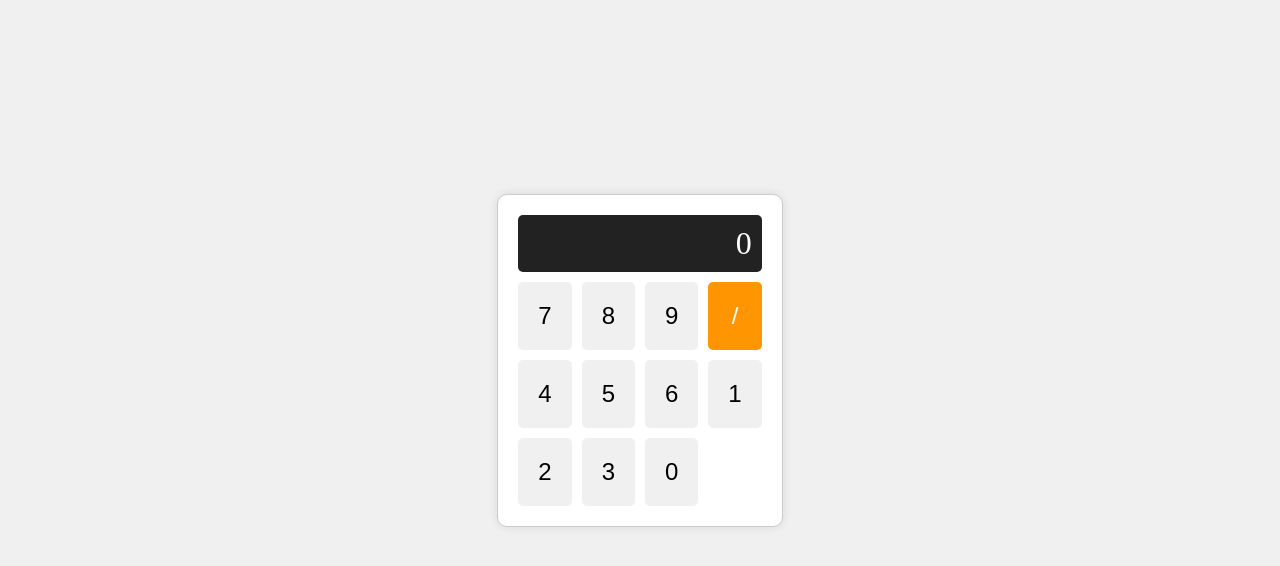
Repository: alizey12/calculator
Page: index.html
These files come from the project's save history. The page is drawn as it stood at one moment and after the next save; the edit follows.
The browser window is 1280 px wide. The pictures show the whole page.

Above is the page before, as saved 2024-11-23 18:35:00.

### index.html
<!DOCTYPE html>
<html lang="en">
<head>
    <meta charset="UTF-8">
    <meta name="viewport" content="width=device-width, initial-scale=1.0">
    <title>Document</title>
    <link rel="stylesheet" href="styles.css">
</head>
<body>


        <div class="calculator">
            <div class="display" id="display">0</div>
            <div class="buttons">

                <!--
                <button class="btn operator">-</button>
                <button class="btn operator">+</button>
                <button class="btn" id="clear">C</button>
                <button class="btn operator" id="equals">=</button>

                <button class="btn">.</button> -->
                <button class="btn">7</button>
                <button class="btn">8</button>
                <button class="btn">9</button>
                <button class="btn operator">/</button>
                <button class="btn">4</button>
                <button class="btn">5</button>
                <button class="btn">6</button>

                <button class="btn">1</button>
                <button class="btn">2</button>
                <button class="btn">3</button>

                <button class="btn">0</button>



            </div>
        </div>


    <script src="script.js"></script>
</body>
</html>

### styles.css
body {
    display: flex;
    justify-content: center;
    align-items: center;
    height: 100vh;
    background-color: #f0f0f0;
    margin: 0;
}

.calculator {
    border: 1px solid #ccc;
    border-radius: 10px;

    padding: 20px;
    background-color: #fff;
    box-shadow: 0 0 10px rgba(0, 0, 0, 0.1);
}

.display {
    font-size: 2em;
    margin-bottom: 10px;
    padding: 10px;

    background-color: #222;
    color: #fff;
    text-align: right;
    border-radius: 5px;
}
#display{
    height: 80%;
}
.buttons {
    display: grid;
    grid-template-columns: repeat(4, 1fr);
    gap: 10px;
}

.btn {
    padding: 20px;
    font-size: 1.5em;
    border: none;
    border-radius: 5px;
    background-color: #f0f0f0;
    cursor: pointer;
}

.btn.operator {
    background-color: #ff9500;
    color: #fff;
}

.btn#clear {
    background-color: #ff3b30;
    color: #fff;
}

.btn#equals {
    grid-column: span 2;
    background-color: #34c759;
    color: #fff;
}

Loaded but not shown: script.js (no copy from this time; the picture is the same without it)

After the next save:
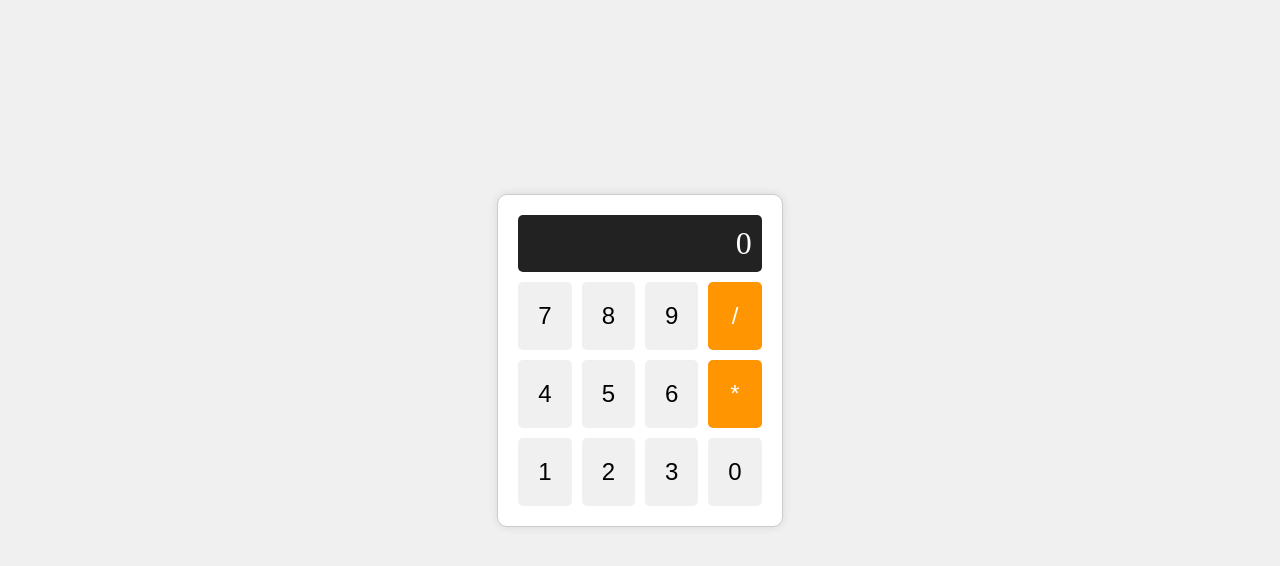
Saved 6 s later.
--- a/index.html
+++ b/index.html
@@ -27,7 +27,7 @@
                 <button class="btn">4</button>
                 <button class="btn">5</button>
                 <button class="btn">6</button>
-
+                <button class="btn operator">*</button>
                 <button class="btn">1</button>
                 <button class="btn">2</button>
                 <button class="btn">3</button>
